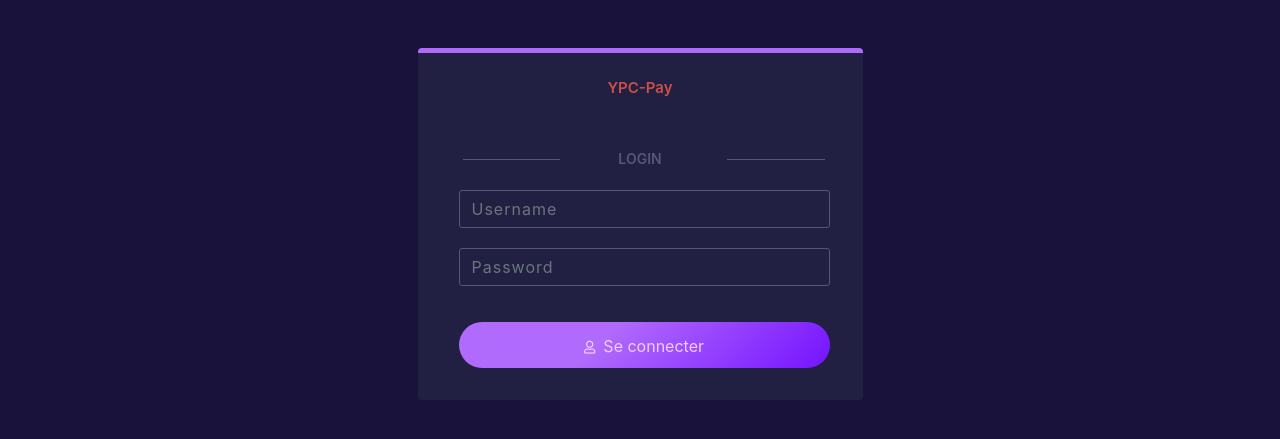
Repository: imamarin/ypcpay
Page: http://localhost/
The author's editor kept a copy of each file at every save. The page is drawn from the files as they stood at one save, then again after the next save.
The browser window is 1280 px wide. The pictures show the whole page.
Some web libraries are served in a nearby version. The page is served by the project's Laravel application, run on PHP 8.4 with Laravel 8. Other server files are loaded and not shown.

Above is the page before, as saved 2022-05-20 13:57:35.
Console error: TypeError: Cannot read properties of undefined (reading 'fn')

### resources/views/login.blade.php
<!DOCTYPE html>
<html lang="{{ str_replace('_', '-', app()->getLocale()) }}">
    <head>
        <meta charset="utf-8">
        <meta name="viewport" content="width=device-width, initial-scale=1">

        <title>Laravel</title>

        <!-- Fonts -->
        <link href="https://stackpath.bootstrapcdn.com/bootstrap/4.3.1/css/bootstrap.min.css" rel="stylesheet">
        <link href="https://use.fontawesome.com/releases/v5.7.2/css/all.css" rel="stylesheet">
        <script src="https://stackpath.bootstrapcdn.com/bootstrap/4.3.1/js/bootstrap.bundle.min.js"></script>
        <script src="https://cdnjs.cloudflare.com/ajax/libs/jquery/3.2.1/jquery.min.js"></script>

        <style>
            body{
                background-color: #19123B;
            }
            .card{
                border: none;
                border-top: 5px solid  rgb(176,106,252);
                background: #212042;
                color: #57557A;
            }
            p{
                font-weight: 600;
                font-size: 15px;
            }
            .fab{
                display: flex;
                justify-content: center;
                align-items: center;
                border: none;
                background: #2A284D;
                height: 40px;
                width: 90px;
            }
            .fab:hover{
                cursor: pointer;
            }
            .fa-twitter{
                color: #56ABEC;
            }
            .fa-facebook{
                color: #1775F1;
            }
            .fa-google{
                color: #CB5048;
            }
            .division{
                float: none;
                position: relative;
                margin: 30px auto 20px;
                text-align: center;
                width: 100%;
                box-sizing: border-box;
            }
            .division .line{
                border-top: 1.5px solid #57557A;;
                position: absolute;
                top: 13px;
                width: 85%;
            }
            .line.l{
                left: 52px;
            }
            .line.r{
                right: 45px;

            }
            .division span{
                font-weight: 600;
                font-size: 14px;
            }
            .myform{
                padding: 0 25px 0 33px;
            }
            .form-control{
                border: 1px solid #57557A;
                border-radius: 3px;
                background: #212042;
                margin-bottom: 20px;
                letter-spacing: 1px;

            }
            .form-control:focus{
                border: 1px solid #57557A;
                border-radius: 3px;
                box-shadow: none;
                background: #212042;
                color: #fff;
                letter-spacing: 1px;
            }
            .bn{
                text-decoration: underline;
            }
            .bn:hover{
                cursor: pointer;
            }
            .form-check-input {
                margin-top: 8px!important;
                }
            .btn-primary{
            background: linear-gradient(135deg, rgba(176,106,252,1) 39%,rgba(116,17,255,1) 101%);
            border: none;
            border-radius: 50px;
            }
            .btn-primary:focus{
                box-shadow: none;
                border: none;
            }
            small{
                color: #F2CEFF;
            }
            .far.fa-user{
                font-size: 13px;
            }

            @media(min-width: 767px){
                .bn{
                    text-align: right;
                }
            }
            @media(max-width: 767px){
                .form-check{
                    text-align: center;
                }
                .bn{
                    text-align: center;
                    align-items: center;
                }
            }
            @media(max-width: 450px){
                .fab{
                    width: 100%;
                    height: 100%;
                }
                .division .line{
                    width: 50%;
                }
            }
        </style>
    </head>
    <body>
        <div class="container">
            <div class="row d-flex justify-content-center mt-5">
                <div class="col-12 col-md-8 col-lg-6 col-xl-5">
                    <div class="card py-3 px-2">
                        <p class="text-center mb-3 mt-2" style="color: #CB5048">YPC-Pay</p>
                        {{-- <div class="row mx-auto ">
                            <div class="col-4">
                                <i class="fab fa-twitter"></i>
                            </div>
                            <div class="col-4">
                                <i class="fab fa-facebook"></i>
                            </div>
                            <div class="col-4">
                                <i class="fab fa-google"></i>
                            </div>
                        </div> --}}
                        <div class="division">
                            <div class="row">
                                <div class="col-3"><div class="line l"></div></div>
                                <div class="col-6"><span>LOGIN</span></div>
                                <div class="col-3"><div class="line r"></div></div>
                            </div>
                        </div>
                        <form class="myform">
                            <div class="form-group">
                                <input type="email" class="form-control" placeholder="Username">
                              </div>
                             <div class="form-group">
                                <input type="password" class="form-control" placeholder="Password">
                              </div>
                              <div class="row">
                                  <div class="col-md-6 col-12">
                                      {{-- <div class="form-group form-check">
                                        <input type="checkbox" class="form-check-input" id="exampleCheck1">
                                        <label class="form-check-label" for="exampleCheck1">Rester connecte</label>
                                      </div> --}}
                                  </div>
                                  {{-- <div class="col-md-6 col-12 bn">Mot se passe oublie</div> --}}
                              </div>
                              <div class="form-group mt-3">
                                  <button type="button" class="btn btn-block btn-primary btn-lg"><small><i class="far fa-user pr-2"></i>Se connecter</small></button>
                              </div>
                        </form>
                    </div>
                </div>
            </div>
        </div>
    </body>
</html>

Loaded but not shown: routes/web.php (common file)

After the next save:
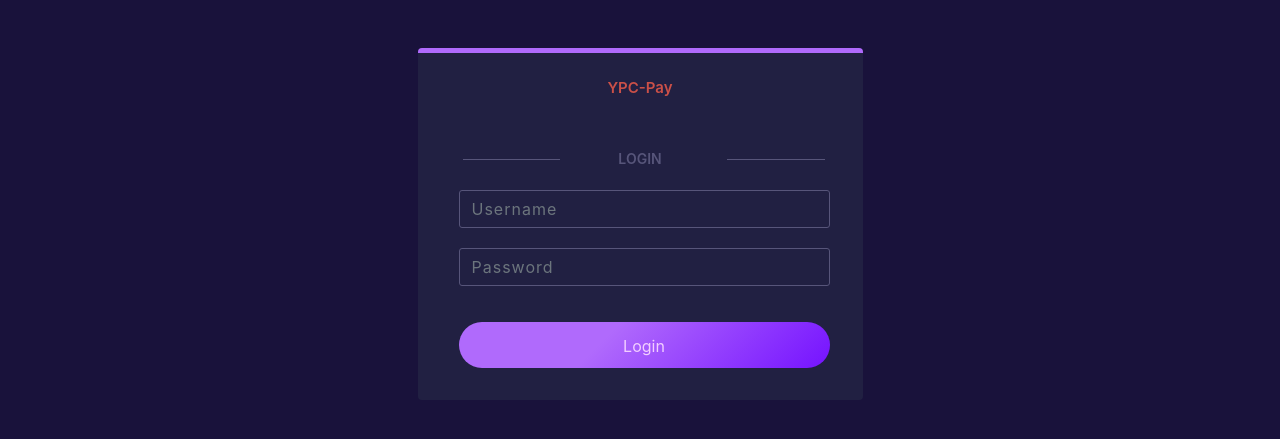
Saved 27 s later.
--- a/resources/views/login.blade.php
+++ b/resources/views/login.blade.php
@@ -182,7 +182,7 @@
                                   {{-- <div class="col-md-6 col-12 bn">Mot se passe oublie</div> --}}
                               </div>
                               <div class="form-group mt-3">
-                                  <button type="button" class="btn btn-block btn-primary btn-lg"><small><i class="far fa-user pr-2"></i>Se connecter</small></button>
+                                  <button type="button" class="btn btn-block btn-primary btn-lg"><small>Login</small></button>
                               </div>
                         </form>
                     </div>
